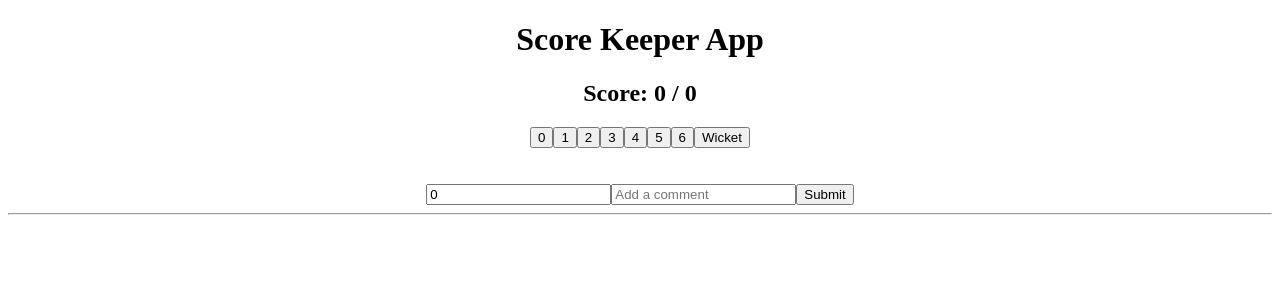
Repository: ssaddamhuss100/ScoreKepper
Page: ScoreKepper.html
The author's editor kept a copy of each file at every save. The page is drawn from the files as they stood at one save, then again after the next save.
The browser window is 1280 px wide. The pictures show the whole page.

Above is the page before, as saved 2024-11-13 18:12:32.

### ScoreKepper.html
<!DOCTYPE html>
<html>
    <head>

        <script crossorigin src="https://unpkg.com/react@18/umd/react.development.js"></script>
        <script crossorigin src="https://unpkg.com/react-dom@18/umd/react-dom.development.js"></script>
        <script src="https://unpkg.com/@babel/standalone/babel.min.js"></script>
        <title>Score Keeper</title> </head>
    <body>
        <div id ="root" style = "text-align : center;"></div>

        <script type = "text/babel">

            var score = 0;
            var wicket = 0;
            let ballWiseRes =[];
            let hit = 0;
            let inputRef = React.createRef();

            function addScore(num){
                hit = num;
                renderRoot();
            }

            function wicketDown(){
                hit ="Out"
                renderRoot();
            }


            function handleSubmit(event){
                event.preventDefault();

                if(hit == "Out"){
                    wicket += 1;
                }
                else{
                 score += hit;
                }


                ballWiseRes.unshift(
                    <span>{`${hit==0?"DOT":hit} , ${inputRef.current.value}`}</span>

                );

                hit = 0;
                inputRef.current.value = "";



                renderRoot();
                console.log(inputRef.current.value);

            }

            const Form = () => (
                <form onSubmit ={handleSubmit}>
                    <input value = {hit}/>
                    <input placeholder = "Add a comment" ref = {inputRef}/>
                    <button> Submit </button>
                </form>
            )

            const ScoreButtons = () => (
                <div>
                <button onClick = {() => addScore(0)}>0</button>
                <button onClick = {() => addScore(1)}>1</button>
                <button onClick = {() => addScore(2)}>2</button>
                <button onClick = {() => addScore(3)}>3</button>
                <button onClick = {() => addScore(4)}>4</button>
                <button onClick = {() => addScore(5)}>5</button>
                <button onClick = {() => addScore(6)}>6</button>
                <button onClick = {wicketDown}>Wicket</button>
                </div>
            )

            const App = () => (
                <>
                <h1> Score Keeper App </h1>
                <h2> Score: {score} / {wicket}</h2>
                <ScoreButtons />
                <br /><br />
                <Form />
                <hr />
                <div>
                    {ballWiseRes.map((res, index) => (
                        <p key={index + 1}>
                            {res}
                        </p>
                    ))}
                </div>



                </>
            )

            const rootElement = ReactDOM.createRoot(document.getElementById("root"));
            function renderRoot(){
                rootElement.render(<App />);

            }

            renderRoot();

        </script>
    </body>
</html>

After the next save:
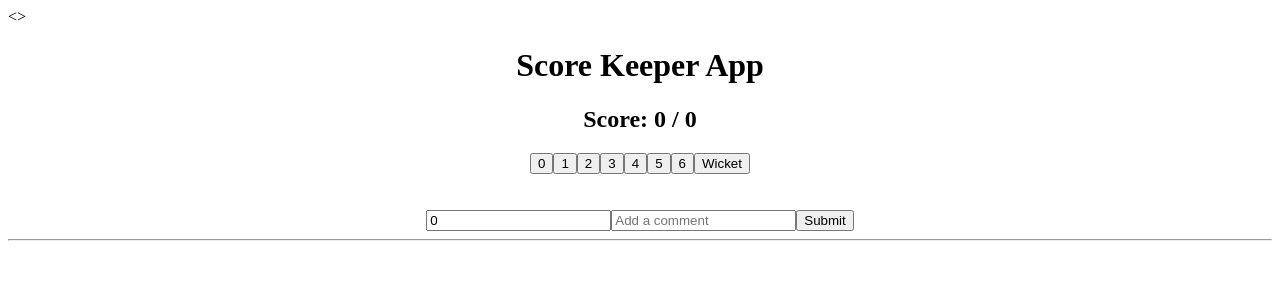
Saved 54 s later.
--- a/ScoreKepper.html
+++ b/ScoreKepper.html
@@ -1,12 +1,13 @@
 <!DOCTYPE html>
-<html>
+<>
     <head>
 
         <script crossorigin src="https://unpkg.com/react@18/umd/react.development.js"></script>
         <script crossorigin src="https://unpkg.com/react-dom@18/umd/react-dom.development.js"></script>
         <script src="https://unpkg.com/@babel/standalone/babel.min.js"></script>
         <title>Score Keeper</title> </head>
-    <body>
+    </head>
+        <body>
         <div id ="root" style = "text-align : center;"></div>
 
         <script type = "text/babel">

After the 3 saves that followed:
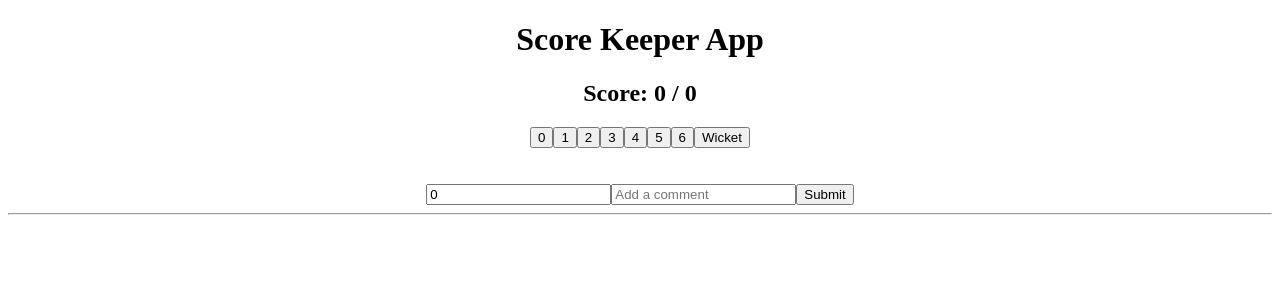
The 3 saves are shown as one change because 1 left the picture as it was and some came seconds apart.
The last was saved 13 s later.
--- a/ScoreKepper.html
+++ b/ScoreKepper.html
@@ -1,13 +1,13 @@
 <!DOCTYPE html>
-<>
-    <head>
+<html>
+     <head>
 
         <script crossorigin src="https://unpkg.com/react@18/umd/react.development.js"></script>
         <script crossorigin src="https://unpkg.com/react-dom@18/umd/react-dom.development.js"></script>
         <script src="https://unpkg.com/@babel/standalone/babel.min.js"></script>
         <title>Score Keeper</title> </head>
-    </head>
-        <body>
+     </head>
+<body>
         <div id ="root" style = "text-align : center;"></div>
 
         <script type = "text/babel">
